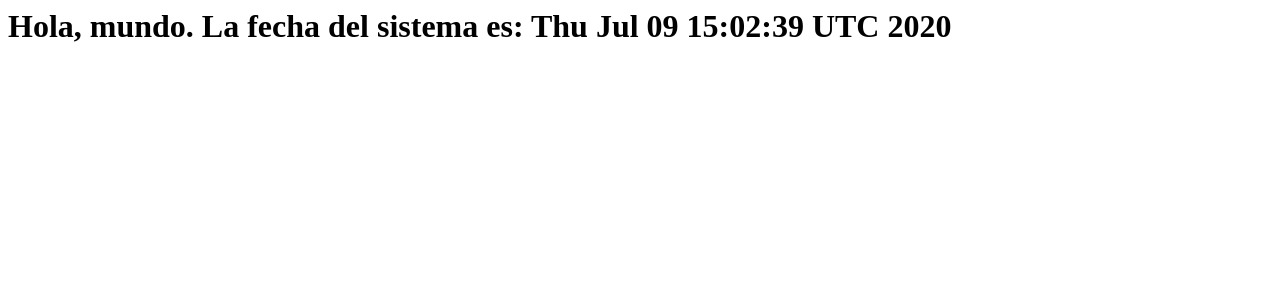
Repository: JavierGarciaGomez/JavaPildorasInformaticas
Page: http://localhost/l228JSP/saludo.jsp
The author's editor kept a copy of each file at every save. The page is drawn from the files as they stood at one save, then again after the next save.
The browser window is 1280 px wide. The pictures show the whole page.
The page is served by Tomcat 9.

Above is the page before, as saved 2020-07-09 15:28:00.

After the next save:
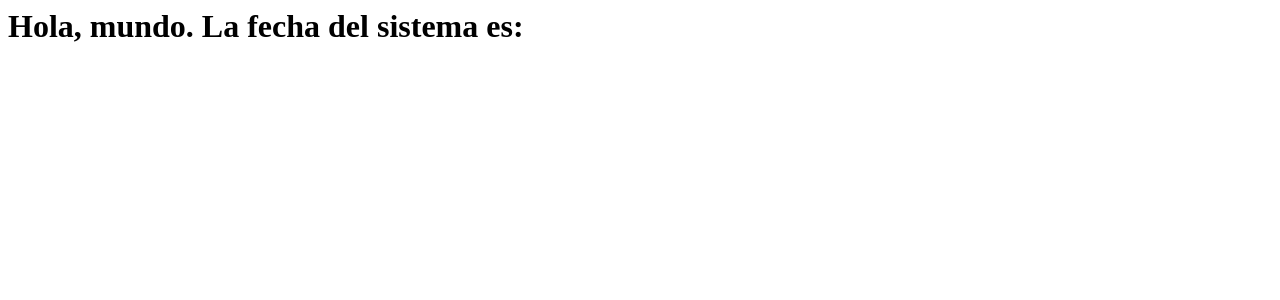
Saved 55 s later.
--- a/JavaPildorasInformaticasl230_/l228JSP/WebContent/saludo.jsp
+++ b/JavaPildorasInformaticasl230_/l228JSP/WebContent/saludo.jsp
@@ -2,6 +2,6 @@
 <body>
 	<h1>
 		Hola, mundo. La fecha del sistema es:
-		<%= new java.util.Date() %></h1>
+		</h1>
 </body>
 </html>
